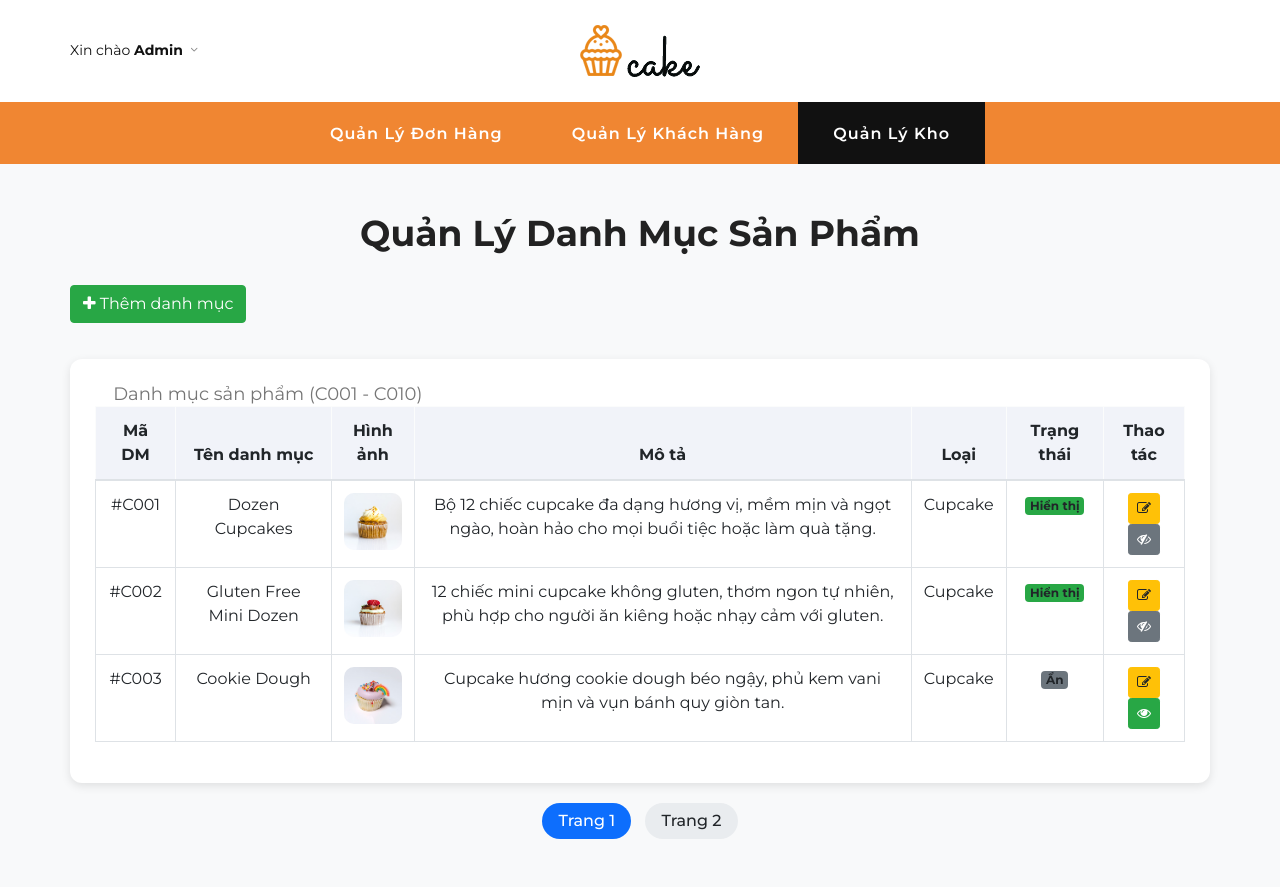
Repository: nhanto2n-byte/Nhom10ChieuThu3
Page: ProjectWeb/cake-main/admin_category.html
These files come from the project's save history. The page is drawn as it stood at one moment and after the next save; the edit follows.
The browser window is 1280 px wide. The pictures show the whole page.
Backgrounds fixed to the window are drawn as part of the page.

Above is the page before, as saved 2025-10-28 20:33:32.

### ProjectWeb/cake-main/admin_category.html
<!DOCTYPE html>
<html lang="vi">

<head>
  <meta charset="UTF-8">
  <meta name="viewport" content="width=device-width, initial-scale=1.0">
  <title>Quản lý danh mục sản phẩm</title>

  <!-- Google Fonts -->
  <link href="https://fonts.googleapis.com/css2?family=Playfair+Display:wght@400;500;600;700;800;900&display=swap" rel="stylesheet">
  <link href="https://fonts.googleapis.com/css2?family=Montserrat:wght@300;400;500;600;700;800;900&display=swap" rel="stylesheet">

  <!-- CSS -->
  <link rel="stylesheet" href="css/bootstrap.min.css" type="text/css">
    <link rel="stylesheet" href="css/flaticon.css" type="text/css">
    <link rel="stylesheet" href="css/barfiller.css" type="text/css">
    <link rel="stylesheet" href="css/magnific-popup.css" type="text/css">
    <link rel="stylesheet" href="css/font-awesome.min.css" type="text/css">
    <link rel="stylesheet" href="css/elegant-icons.css" type="text/css">
    <link rel="stylesheet" href="css/nice-select.css" type="text/css">
    <link rel="stylesheet" href="css/owl.carousel.min.css" type="text/css">
    <link rel="stylesheet" href="css/slicknav.min.css" type="text/css">
    <link rel="stylesheet" href="css/style.css" type="text/css">

  <style>
    body {
      background-color: #f8f9fa;
      font-family: 'Montserrat', sans-serif;
    }

    h2 {
      font-weight: 700;
      margin-bottom: 30px;
      color: #222;
    }

    .card {
      border: none;
      border-radius: 12px;
      box-shadow: 0 3px 10px rgba(0, 0, 0, 0.1);
      margin-bottom: 20px;
      padding: 25px;
    }

    .table th {
      background-color: #f1f3f9;
    }

    input[name="page"] {
      display: none;
    }

    #page1Content,
    #page2Content {
      display: none;
      animation: fade 0.4s ease;
    }

    #page1:checked~.book #page1Content {
      display: block;
    }

    #page2:checked~.book #page2Content {
      display: block;
    }

    .controls {
      text-align: center;
      margin-top: 15px;
    }

    .controls label {
      display: inline-block;
      background-color: #e9ecef;
      border-radius: 20px;
      padding: 6px 16px;
      margin: 0 5px;
      cursor: pointer;
      transition: all 0.3s;
      font-weight: 500;
    }

    #page1:checked~.controls label[for="page1"],
    #page2:checked~.controls label[for="page2"] {
      background-color: #0d6efd;
      color: white;
    }

    @keyframes fade {
      from {
        opacity: 0;
      }

      to {
        opacity: 1;
      }
    }

    .btn-add {
      margin-bottom: 20px;
    }
  </style>
  <style>
        /* ==================================== */
        /* CẤU TRÚC MENU THẢ XUỐNG (DROPDOWN) */
        /* ==================================== */

        /* 1. Thiết lập vị trí tương đối cho mục cha */
        .header__top__left ul li.has-dropdown {
            position: relative;
        }

        /* KHẮC PHỤC LỖI TÔ ĐEN TRÊN LIÊN KẾT CHA */
        .header__top__left ul li.has-dropdown > a:focus,
        .header__top__left ul li.has-dropdown > a:active {
            /* Dùng !important để ghi đè CSS từ file style.css nếu cần */
            outline: none !important;
            -webkit-tap-highlight-color: transparent;
            background-color: transparent !important;
        }

        /* 2. Thiết lập trạng thái mặc định (ẨN) cho dropdown */
        .header__top__left ul li .dropdown {
            display: none;
            position: absolute;
            top: 100%;
            left: 0;
            z-index: 100;

            /* NỀN ĐẬM CHO CHỮ TRẮNG NỔI BẬT */
            background-color: #333; /* Nền xám/đen đậm */
            border: 1px solid #555;
            box-shadow: 0 4px 10px rgba(0, 0, 0, 0.2);
            min-width: 200px;
            padding: 5px 0;
            list-style: none; /* Loại bỏ dấu chấm */
        }

        /* 3. Hiển thị menu khi di chuột vào mục cha */
        .header__top__left ul li.has-dropdown:hover > .dropdown {
            display: block;
        }

        /* 4. Định kiểu cho các mục con trong menu */
        .header__top__left ul li .dropdown li a {
            display: block;
            padding: 10px 15px;
            text-decoration: none;

            /* MÀU CHỮ TRẮNG */
            color: white;

            font-size: 16px;
            white-space: nowrap;
        }

        /* Hiệu ứng di chuột (hover) cho các mục con */
        .header__top__left ul li .dropdown li a:hover {
            background-color: #555; /* Nền xám nhẹ khi hover */
            color: #ffcc00; /* Màu nổi bật khi hover */
        }
    </style>
</head>

<body>
    <!-- Page Preloder -->
    <div id="preloder">
        <div class="loader"></div>
    </div>

    <!-- Offcanvas Menu End -->

    <!-- Header Section Begin -->
    <header class="header">
        <div class="header__top">
            <div class="container">
                <div class="row">
                    <div class="col-lg-12">
                        <div class="header__top__inner">
                            <div class="header__top__left">
                                <ul>
                                    <li class="has-dropdown">
                                    <a href="./profile.html">
                                            Xin chào <strong>Admin</strong>
                                            <span class="arrow_carrot-down"></span>
                                    </a>
                                        <ul class="dropdown">
                                            <li><a href="./profile.html">My Profile</a></li>
                                            <li><a href="./register.html">Log out</a></li>
                                        </ul>
                                    </li>
                                </ul>
                            </div>
                            <div class="header__logo">
                                <a href="./#.html"><img src="img/logo.png" alt=""></a>
                            </div>
                        </div>
                    </div>
                </div>
                <div class="canvas__open"><i class="fa fa-bars"></i></div>
            </div>
        </div>
        <div class="container">
            <div class="row">
                <div class="col-lg-12">
                    <nav class="header__menu mobile-menu">
                        <ul>
                            <li><a href="./admin_product.html">Quản Lý Đơn Hàng</a></li>
                            <li><a href="./admin_member.html">Quản Lý Khách Hàng</a></li>
                            <li class="active"><a href="#">Quản Lý Kho</a>
                                <ul class="dropdown">
                                    <li><a href="./admin_category.html">Quản Lý Danh Mục Sản Phẩm</a></li>
                                    <li><a href="./admin_import.html">Quản Lý Nhập Sản Phẩm</a></li>
                                    <li><a href="./admin_selling.html">Quản Lý Giá Bán</a></li>
                                    <li><a href="./admin_quantity.html">Quản Lý Số Lượng Tồn</a></li>
                                    <li><a href="./admin_type.html">Quản Lý Loại Sản Phẩm</a></li>
                                </ul>
                            </li>
                        </ul>
                    </nav>
                </div>
            </div>
        </div>
    </header>
  <div class="container py-5">
    <h2 class="text-center"> Quản Lý Danh Mục Sản Phẩm</h2>

    <!-- Nút thêm -->
    <div class="text-end mb-3">
      <button class="btn btn-success btn-add" data-bs-toggle="modal" data-bs-target="#addModal">
        <i class="fa fa-plus"></i> Thêm danh mục
      </button>
    </div>

    <!-- Radio điều khiển -->
    <input type="radio" name="page" id="page1" checked>
    <input type="radio" name="page" id="page2">

    <div class="book">
      <!-- Trang 1 -->
      <div id="page1Content" class="card bg-white">
        <h5><i class="fa-solid fa-tags"></i> Danh mục sản phẩm (C001 - C010)</h5>
        <div class="table-responsive">
          <table class="table table-bordered text-center align-middle">
  <thead class="table-light">
  <tr>
    <th>Mã DM</th>
    <th>Tên danh mục</th>
    <th>Hình ảnh</th>
    <th>Mô tả</th>
    <th>Loại</th>
    <th>Trạng thái</th>
    <th>Thao tác</th>
  </tr>
</thead>
<tbody>
  <tr>
    <td>#C001</td>
    <td>Dozen Cupcakes</td>
    <td>
      <img src="img/shop/product-1.jpg" alt="Dozen Cupcakes"
           width="70" style="border-radius: 10px; object-fit: cover;">
    </td>
    <td>Bộ 12 chiếc cupcake đa dạng hương vị, mềm mịn và ngọt ngào, hoàn hảo cho mọi buổi tiệc hoặc làm quà tặng.</td>
    <td>Cupcake</td>
    <td><span class="badge bg-success">Hiển thị</span></td>
    <td>
      <button class="btn btn-warning btn-sm" data-bs-toggle="modal" data-bs-target="#editModal">
        <i class="fa fa-edit"></i>
      </button>
      <button class="btn btn-secondary btn-sm btn-hide">
        <i class="fa fa-eye-slash"></i>
      </button>
    </td>
  </tr>
  <tr>
    <td>#C002</td>
    <td>Gluten Free Mini Dozen</td>
    <td>
      <img src="img/shop/product-3.jpg" alt="Gluten Free Mini Dozen"
           width="70" style="border-radius: 10px; object-fit: cover;">
    </td>
    <td>12 chiếc mini cupcake không gluten, thơm ngon tự nhiên, phù hợp cho người ăn kiêng hoặc nhạy cảm với gluten.</td>
    <td>Cupcake</td>
    <td><span class="badge bg-success">Hiển thị</span></td>
    <td>
      <button class="btn btn-warning btn-sm" data-bs-toggle="modal" data-bs-target="#editModal">
        <i class="fa fa-edit"></i>
      </button>
      <button class="btn btn-secondary btn-sm btn-hide">
        <i class="fa fa-eye-slash"></i>
      </button>
    </td>
  </tr>
  <tr>
    <td>#C003</td>
    <td>Cookie Dough</td>
    <td>
      <img src="img/shop/product-4.jpg" alt="Cookie Dough"
           width="70" style="border-radius: 10px; object-fit: cover;">
    </td>
    <td>Cupcake hương cookie dough béo ngậy, phủ kem vani mịn và vụn bánh quy giòn tan.</td>
    <td>Cupcake</td>
    <td><span class="badge bg-secondary">Ẩn</span></td>
    <td>
      <button class="btn btn-warning btn-sm" data-bs-toggle="modal" data-bs-target="#editModal">
        <i class="fa fa-edit"></i>
      </button>
      <button class="btn btn-success btn-sm btn-show">
        <i class="fa fa-eye"></i>
      </button>
    </td>
  </tr>
</tbody>


          </table>
        </div>
      </div>

      <div id="page2Content" class="card bg-white">
  <h5><i class="fa-solid fa-tags"></i> Danh mục sản phẩm (C011 - C020)</h5>
  <div class="table-responsive">
    <table class="table table-bordered text-center align-middle">
      <thead class="table-light">
        <tr>
          <th>Mã DM</th>
          <th>Tên danh mục</th>
          <th>Hình ảnh</th>
          <th>Mô tả</th>
          <th>Loại</th>
          <th>Trạng thái</th>
          <th>Thao tác</th>
        </tr>
      </thead>
      <tbody>
        <tr>
          <td>#C011</td>
          <td>Vanilla Salted Caramel</td>
          <td>
            <img src="img/shop/product-5.jpg" alt="Vanilla Salted Caramel"
                 style="width:70px; height:70px; object-fit:cover; border-radius:10px;">
          </td>
          <td>Bánh vani mềm mịn hòa quyện cùng lớp caramel muối mặn ngọt tinh tế, tạo nên hương vị cân bằng hoàn hảo.</td>
          <td>Cupcake</td>
          <td><span class="badge bg-success">Hiển thị</span></td>
          <td>
            <button class="btn btn-warning btn-sm" data-bs-toggle="modal" data-bs-target="#editModal">
              <i class="fa fa-edit"></i>
            </button>
            <button class="btn btn-secondary btn-sm btn-hide">
              <i class="fa fa-eye-slash"></i>
            </button>
          </td>
        </tr>
        <tr>
          <td>#C012</td>
          <td>German Chocolate</td>
          <td>
            <img src="img/shop/product-6.jpg" alt="German Chocolate"
                 style="width:70px; height:70px; object-fit:cover; border-radius:10px;">
          </td>
          <td>Cupcake chocolate đậm đà kết hợp nhân dừa và hạt óc chó truyền thống, chuẩn vị bánh Đức cổ điển.</td>
          <td>Cupcake</td>
          <td><span class="badge bg-secondary">Ẩn</span></td>
          <td>
            <button class="btn btn-warning btn-sm" data-bs-toggle="modal" data-bs-target="#editModal">
              <i class="fa fa-edit"></i>
            </button>
            <button class="btn btn-success btn-sm btn-show">
              <i class="fa fa-eye"></i>
            </button>
          </td>
        </tr>
      </tbody>
          </table>
        </div>
      </div>
    </div>

    <!-- Nút chuyển trang -->
    <div class="controls">
      <label for="page1">Trang 1</label>
      <label for="page2">Trang 2</label>
    </div>
  </div>

  <!-- Modal thêm -->
  <div class="modal fade" id="addModal" tabindex="-1" aria-hidden="true">
    <div class="modal-dialog">
      <div class="modal-content">
        <div class="modal-header bg-success text-white">
          <h5 class="modal-title"><i class="fa fa-plus"></i> Thêm danh mục</h5>
          <button type="button" class="btn-close" data-bs-dismiss="modal"></button>
        </div>
        <div class="modal-body">
          <form>
            <div class="mb-3">
              <label class="form-label">Mã danh mục</label>
              <input type="text" class="form-control" placeholder="VD: C021">
            </div>
            <div class="mb-3">
              <label class="form-label">Tên danh mục</label>
              <input type="text" class="form-control" placeholder="Nhập tên danh mục">
            </div>
            <div class="mb-3">
              <label class="form-label">Loại</label>
              <textarea class="form-control" rows="2" placeholder="Nhập loại"></textarea>
            </div>
            <div class="mb-3">
              <label class="form-label">Mô tả</label>
              <textarea class="form-control" rows="2"placeholder="Nhập mô tả"></textarea>
            </div>
          </form>
        </div>
        <div class="modal-footer">
          <button class="btn btn-secondary" data-bs-dismiss="modal">Hủy</button>
          <button class="btn btn-success">Thêm</button>
        </div>
      </div>
    </div>
  </div>

  <!-- Modal sửa -->
  <div class="modal fade" id="editModal" tabindex="-1" aria-hidden="true">
    <div class="modal-dialog">
      <div class="modal-content">
        <div class="modal-header bg-warning">
          <h5 class="modal-title"><i class="fa fa-edit"></i> Sửa danh mục</h5>
          <button type="button" class="btn-close" data-bs-dismiss="modal"></button>
        </div>
        <div class="modal-body">
          <form>
            <div class="mb-3">
              <label class="form-label">Mã danh mục</label>
              <input type="text" class="form-control" value="#C001" disabled>
            </div>
            <div class="mb-3">
              <label class="form-label">Tên danh mục</label>
              <input type="text" class="form-control" value="Dozen Cupcakes">
            </div>
            <div class="mb-3">
              <label class="form-label">Loại</label>
              <textarea class="form-control" rows="2">Cupcake</textarea>
            </div>
            <div class="mb-3">
              <label class="form-label">Mô tả</label>
              <textarea class="form-control" rows="2">Bộ 12 chiếc cupcake đa dạng hương vị, mềm mịn và ngọt ngào, hoàn hảo cho mọi buổi tiệc hoặc làm quà tặng.</textarea>
            </div>
          </form>
        </div>
        <div class="modal-footer">
          <button class="btn btn-secondary" data-bs-dismiss="modal">Hủy</button>
          <button class="btn btn-warning">Lưu thay đổi</button>
        </div>
      </div>
    </div>
  </div>

  <!-- JS -->
   <script src="js/jquery-3.3.1.min.js"></script>
<script src="js/bootstrap.min.js"></script>
<script src="js/jquery.nice-select.min.js"></script>
<script src="js/jquery.barfiller.js"></script>
<script src="js/jquery.magnific-popup.min.js"></script>
<script src="js/jquery.slicknav.js"></script>
<script src="js/owl.carousel.min.js"></script>
<script src="js/jquery.nicescroll.min.js"></script>
<script src="js/main.js"></script>
  <!-- JS -->
  <script src="https://cdn.jsdelivr.net/npm/bootstrap@5.3.2/dist/js/bootstrap.bundle.min.js"></script>

  <script>
    // Ẩn/hiện danh mục có thể thay đổi linh hoạt bất kỳ lúc nào
    document.addEventListener('click', function (e) {
      const hideBtn = e.target.closest('.btn-hide');
      const showBtn = e.target.closest('.btn-show');

      // Nếu bấm nút Ẩn
      if (hideBtn) {
        const row = hideBtn.closest('tr');
        const badge = row.querySelector('.badge');
        badge.classList.remove('bg-success');
        badge.classList.add('bg-secondary');
        badge.textContent = 'Ẩn';

        // Thay nút bằng nút Hiển thị
        hideBtn.classList.remove('btn-hide', 'btn-secondary');
        hideBtn.classList.add('btn-show', 'btn-success');
        hideBtn.innerHTML = '<i class="fa fa-eye"></i>';
      }

      // Nếu bấm nút Hiển thị lại
      if (showBtn) {
        const row = showBtn.closest('tr');
        const badge = row.querySelector('.badge');
        badge.classList.remove('bg-secondary');
        badge.classList.add('bg-success');
        badge.textContent = 'Hiển thị';

        // Thay nút bằng nút Ẩn
        showBtn.classList.remove('btn-show', 'btn-success');
        showBtn.classList.add('btn-hide', 'btn-secondary');
        showBtn.innerHTML = '<i class="fa fa-eye-slash"></i>';
      }
    });
  </script>

</body>

</html>

### ProjectWeb/cake-main/css/barfiller.css
.barfiller {
    width:100%;
    height:12px;
    background:#fcfcfc;
    border:1px solid #ccc;
    position:relative;
    margin-bottom:20px;
    box-shadow: inset 1px 4px 9px -6px rgba(0,0,0,.5);
    -moz-box-shadow: inset 1px 4px 9px -6px rgba(0,0,0,.5);
}

.barfiller .fill {
    display:block;
    position:relative;
    width:0px;
    height:100%;
    background:#333;
    z-index:1;
}

.barfiller .tipWrap {
    display:none;
}

.barfiller .tip {
    margin-top:-30px;
    padding:2px 4px;
    font-size:11px;
    color:#fff;
    left:0px;
    position:absolute;
    z-index:2;
    background: #333;
}

.barfiller .tip:after {
    border:solid;
    border-color:rgba(0,0,0,.8) transparent;
    border-width:6px 6px 0 6px;
    content:"";
    display:block;
    position:absolute;
    left:9px;
    top:100%;
    z-index:9
}

Loaded but not shown: ProjectWeb/cake-main/css/bootstrap.min.css (library); ProjectWeb/cake-main/css/flaticon.css (common file); ProjectWeb/cake-main/css/magnific-popup.css (library); ProjectWeb/cake-main/css/font-awesome.min.css (library); ProjectWeb/cake-main/css/nice-select.css (common file); ProjectWeb/cake-main/css/owl.carousel.min.css (library); ProjectWeb/cake-main/css/slicknav.min.css (common file); ProjectWeb/cake-main/js/jquery-3.3.1.min.js (library); ProjectWeb/cake-main/js/bootstrap.min.js (library); ProjectWeb/cake-main/js/jquery.nice-select.min.js (common file); ProjectWeb/cake-main/js/jquery.barfiller.js (library); ProjectWeb/cake-main/js/jquery.magnific-popup.min.js (library); ProjectWeb/cake-main/js/jquery.slicknav.js (library); ProjectWeb/cake-main/js/owl.carousel.min.js (library); ProjectWeb/cake-main/js/jquery.nicescroll.min.js (library); ProjectWeb/cake-main/js/main.js (235 lines, source omitted); ProjectWeb/cake-main/css/style.css (4080 lines, source omitted); ProjectWeb/cake-main/css/elegant-icons.css (1157 lines, source omitted)

After the next save:
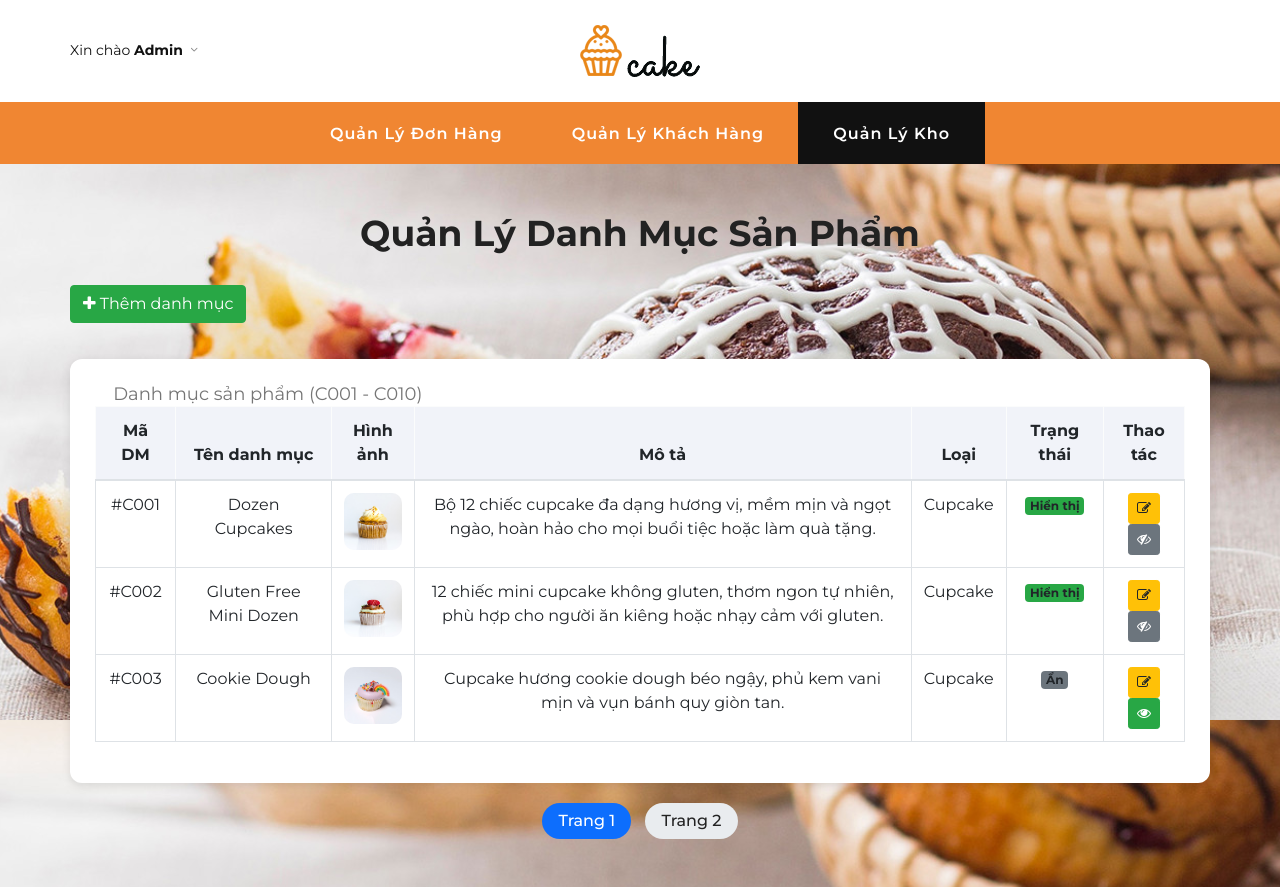
Saved 92 s later.
--- a/ProjectWeb/cake-main/admin_category.html
+++ b/ProjectWeb/cake-main/admin_category.html
@@ -23,82 +23,80 @@
     <link rel="stylesheet" href="css/style.css" type="text/css">
 
   <style>
-    body {
-      background-color: #f8f9fa;
-      font-family: 'Montserrat', sans-serif;
-    }
-
-    h2 {
-      font-weight: 700;
-      margin-bottom: 30px;
-      color: #222;
-    }
-
-    .card {
-      border: none;
-      border-radius: 12px;
-      box-shadow: 0 3px 10px rgba(0, 0, 0, 0.1);
-      margin-bottom: 20px;
-      padding: 25px;
-    }
-
-    .table th {
-      background-color: #f1f3f9;
-    }
-
-    input[name="page"] {
-      display: none;
-    }
-
-    #page1Content,
-    #page2Content {
-      display: none;
-      animation: fade 0.4s ease;
-    }
-
-    #page1:checked~.book #page1Content {
-      display: block;
-    }
-
-    #page2:checked~.book #page2Content {
-      display: block;
-    }
-
-    .controls {
-      text-align: center;
-      margin-top: 15px;
-    }
-
-    .controls label {
-      display: inline-block;
-      background-color: #e9ecef;
-      border-radius: 20px;
-      padding: 6px 16px;
-      margin: 0 5px;
-      cursor: pointer;
-      transition: all 0.3s;
-      font-weight: 500;
-    }
-
-    #page1:checked~.controls label[for="page1"],
-    #page2:checked~.controls label[for="page2"] {
-      background-color: #0d6efd;
-      color: white;
-    }
-
-    @keyframes fade {
-      from {
-        opacity: 0;
-      }
-
-      to {
-        opacity: 1;
-      }
-    }
-
-    .btn-add {
-      margin-bottom: 20px;
-    }
+   body {
+    background: url('img/hero/hero-1.jpg') no-repeat center center fixed;
+    background-size: cover;
+    font-family: 'Montserrat', sans-serif;
+    color: #222;
+  }
+
+  h2 {
+    font-weight: 700;
+    margin-bottom: 30px;
+    color: #222;
+  }
+
+  .card {
+    border: none;
+    border-radius: 12px;
+    box-shadow: 0 3px 10px rgba(0, 0, 0, 0.1);
+    margin-bottom: 20px;
+    padding: 25px;
+    background-color: rgba(255, 255, 255, 0.9); /* 💡 nền trắng mờ để đọc rõ trên ảnh */
+  }
+
+  .table th {
+    background-color: #f1f3f9;
+  }
+
+  input[name="page"] {
+    display: none;
+  }
+
+  #page1Content,
+  #page2Content {
+    display: none;
+    animation: fade 0.4s ease;
+  }
+
+  #page1:checked~.book #page1Content {
+    display: block;
+  }
+
+  #page2:checked~.book #page2Content {
+    display: block;
+  }
+
+  .controls {
+    text-align: center;
+    margin-top: 15px;
+  }
+
+  .controls label {
+    display: inline-block;
+    background-color: #e9ecef;
+    border-radius: 20px;
+    padding: 6px 16px;
+    margin: 0 5px;
+    cursor: pointer;
+    transition: all 0.3s;
+    font-weight: 500;
+  }
+
+  #page1:checked~.controls label[for="page1"],
+  #page2:checked~.controls label[for="page2"] {
+    background-color: #0d6efd;
+    color: white;
+  }
+
+  @keyframes fade {
+    from { opacity: 0; }
+    to { opacity: 1; }
+  }
+
+  .btn-add {
+    margin-bottom: 20px;
+  }
   </style>
   <style>
         /* ==================================== */
